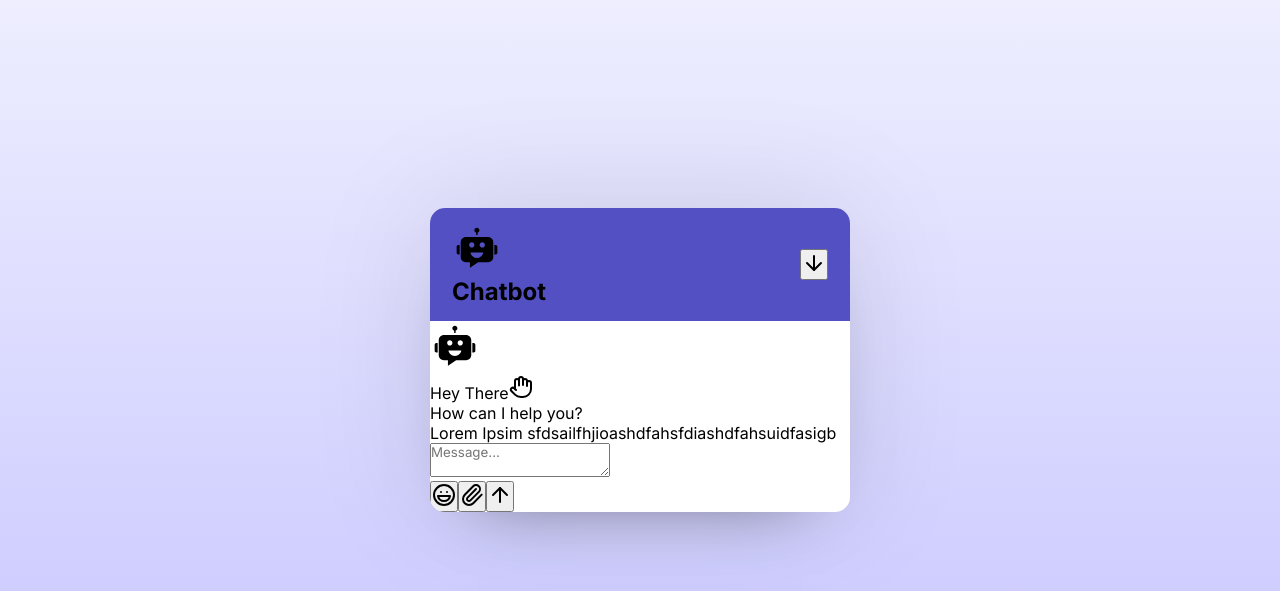
Repository: guilhermecardoso93/ai-bot
Page: /
The author's editor kept a copy of each file at every save. The page is drawn from the files as they stood at one save, then again after the next save.
The browser window is 1280 px wide. The pictures show the whole page.
The project was rebuilt for these pictures with package versions that can differ from the ones it lists, and the page was loaded fresh each time. Also part of the build but not shown: vite.config.js.

Above is the page before, as saved 2024-11-11 20:16:45.

### index.html
<!doctype html>
<html lang="en">

<head>
    <meta charset="UTF-8" />
    <link rel="icon" type="image/svg+xml" href="/vite.svg" />
    <link rel="preconnect" href="https://fonts.googleapis.com">
    <link rel="preconnect" href="https://fonts.gstatic.com" crossorigin>
    <link href="https://fonts.googleapis.com/css2?family=Inter:ital,opsz,wght@0,14..32,100..900;1,14..32,100..900&family=Outfit:wght@100..900&display=swap" rel="stylesheet">
    <meta name="viewport" content="width=device-width, initial-scale=1.0" />
    <title>Ai ChatBot</title>
</head>

<body>
    <div id="root"></div>
    <script type="module" src="/src/main.jsx"></script>
</body>

</html>

### src/index.css
:root {
  font-synthesis: none;
  text-rendering: optimizeLegibility;
  -webkit-font-smoothing: antialiased;
  -moz-osx-font-smoothing: grayscale;
}

* {
  padding: 0;
  margin: 0;
  box-sizing: border-box;
  font-family: "Inter", serif;
  font-optical-sizing: auto;
  font-style: normal;
}

body {
  display: flex;
  align-items: center;
  justify-content: center;
  min-height: 100vh;
  background: linear-gradient(#eeeeff, #c8c7ff);
}

.chatbot-popup {
  width: 420px;
  background: #ffff;
  overflow: hidden;
  border-radius: 15px;
  box-shadow: 0 0 128px rgba(0, 0, 0, 0.1), 0 32px 64px -48px rgba(0, 0, 0, 0.5);
}

.chat-header {
  display: flex;
  align-items: center;
  background-color: #5350c4;
  padding: 15px 22px;
  justify-content: space-between;
}

### src/App.jsx
import { Main } from "./components/Main";

export function App() {
  return (
    <>
      <Main />
    </>
  );
}

### src/components/Main.jsx
import { Hand, ArrowDown, Laugh, Paperclip, ArrowUp } from "lucide-react";
import Logo from "../assets/logo.svg";

export function Main() {
  return (
    <div className="chatbot-popup">
      {/* Header */}
      <div className="chat-header">
        <div className="header-info">
          <img src={Logo} alt="" />
          <h2 className="logo-text">Chatbot</h2>
        </div>
        <button className="material-symbols-rounded">
          <ArrowDown />
        </button>
      </div>

      {/* Body */}
      <div className="chat-body">
        <div className="message bot-message">
          <div className="message-text">
            <img src={Logo} alt="" />
            <p className="message-text">
              Hey There
              <Hand />
            </p>
            <p>How can I help you?</p>
          </div>
          <div className="message-user">
            <p className="message-text">
              Lorem Ipsim sfdsailfhjioashdfahsfdiashdfahsuidfasigb
            </p>
          </div>
        </div>
      </div>

      {/* Footer */}
      <div className="chat-footer">
        <form action="" className="chat-form">
          <textarea
            placeholder="Message..."
            className="message-input"
          ></textarea>
          <div className="chat-controls">
            <button type='button'className="material-symbols-rounded">
              <Laugh />
            </button>
            <button type='button'className="material-symbols-rounded">
              <Paperclip />
            </button>
            <button type='button'className="material-symbols-rounded">
              <ArrowUp />
            </button>
          </div>
        </form>
      </div>
    </div>
  );
}

Loaded but not shown: src/main.jsx (common file)

After the next save:
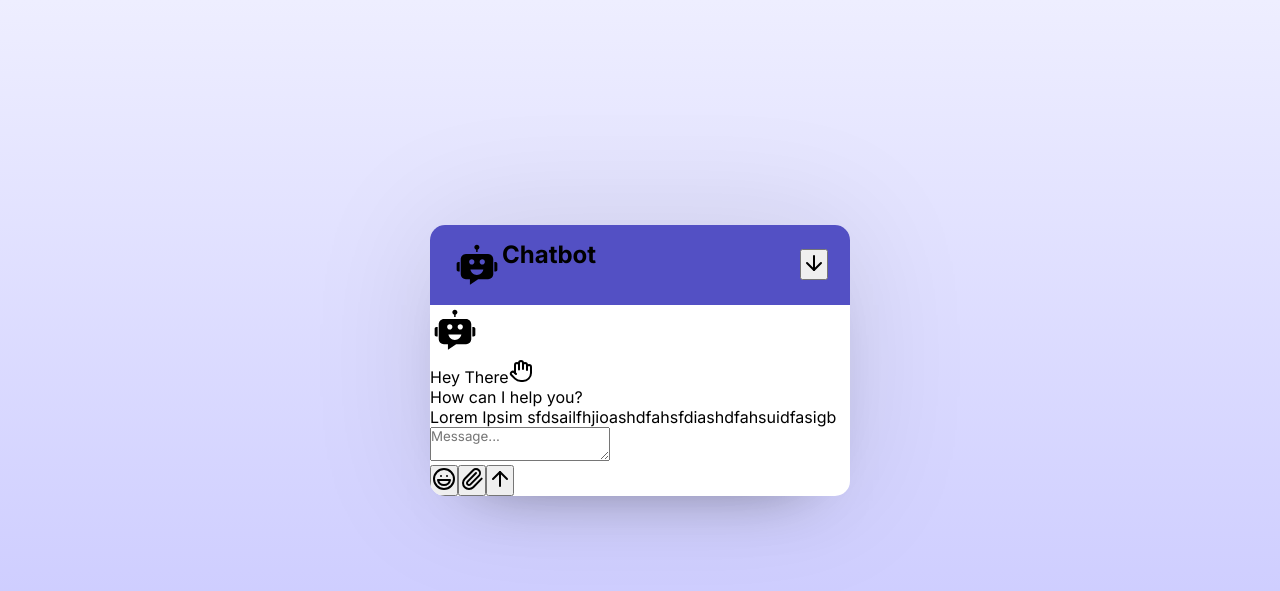
Saved 15 s later.
--- a/src/index.css
+++ b/src/index.css
@@ -37,3 +37,7 @@ body {
   padding: 15px 22px;
   justify-content: space-between;
 }
+
+.chat-header .header-info {
+  display: flex;
+}
